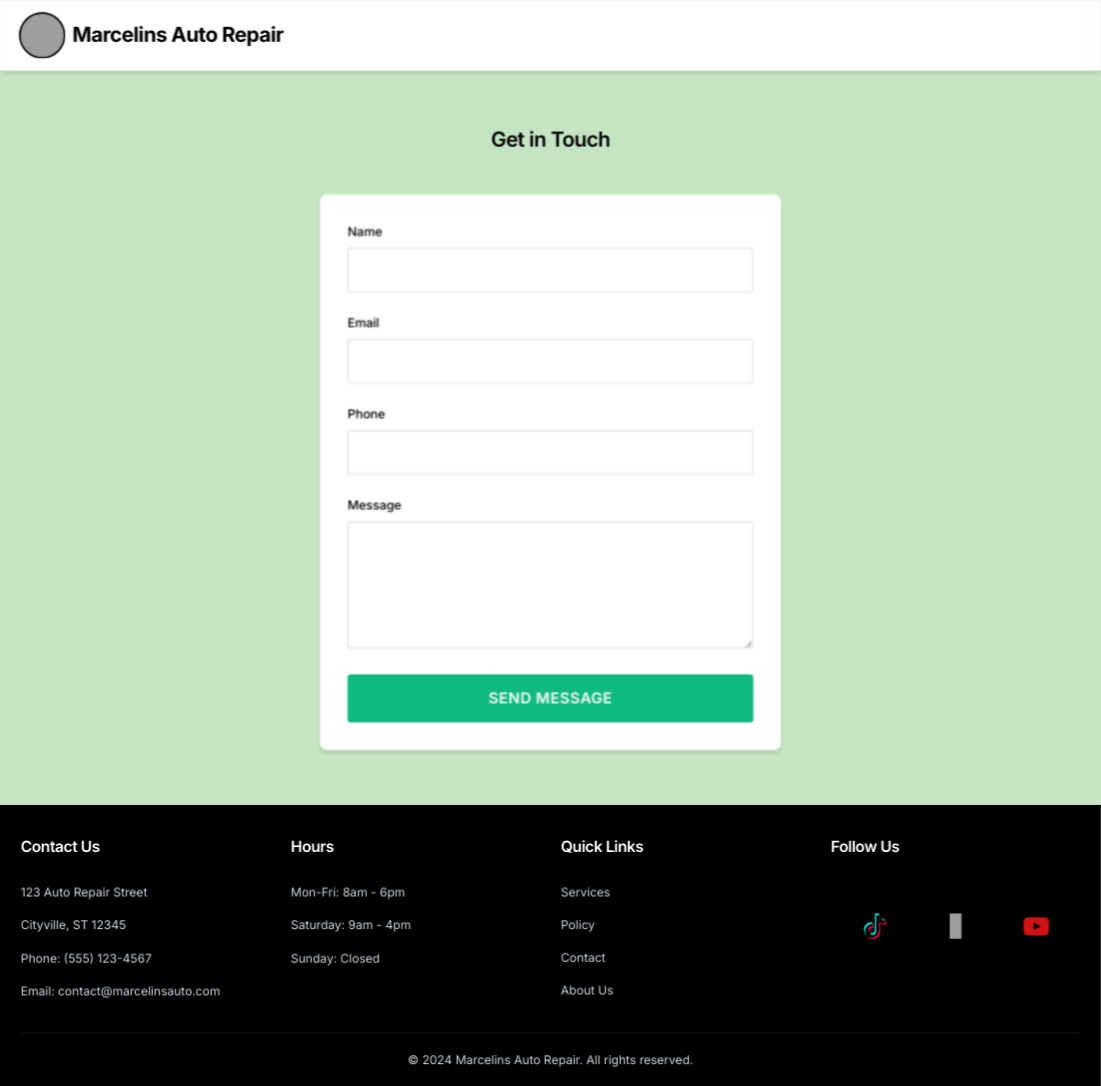
Repository: ilovegames507/twebsite-2
Page: frontend/public/contact.html
An editor plug-in stored every save of this project. The page is shown before and after the next save, followed by the edit.
The browser window is 1280 px wide. The pictures show the whole page, at 86% of full size.
Pictures or frames that could not be fetched are drawn as grey boxes.

Above is the page before, as saved 2025-03-18 22:01:42.

After the next save:
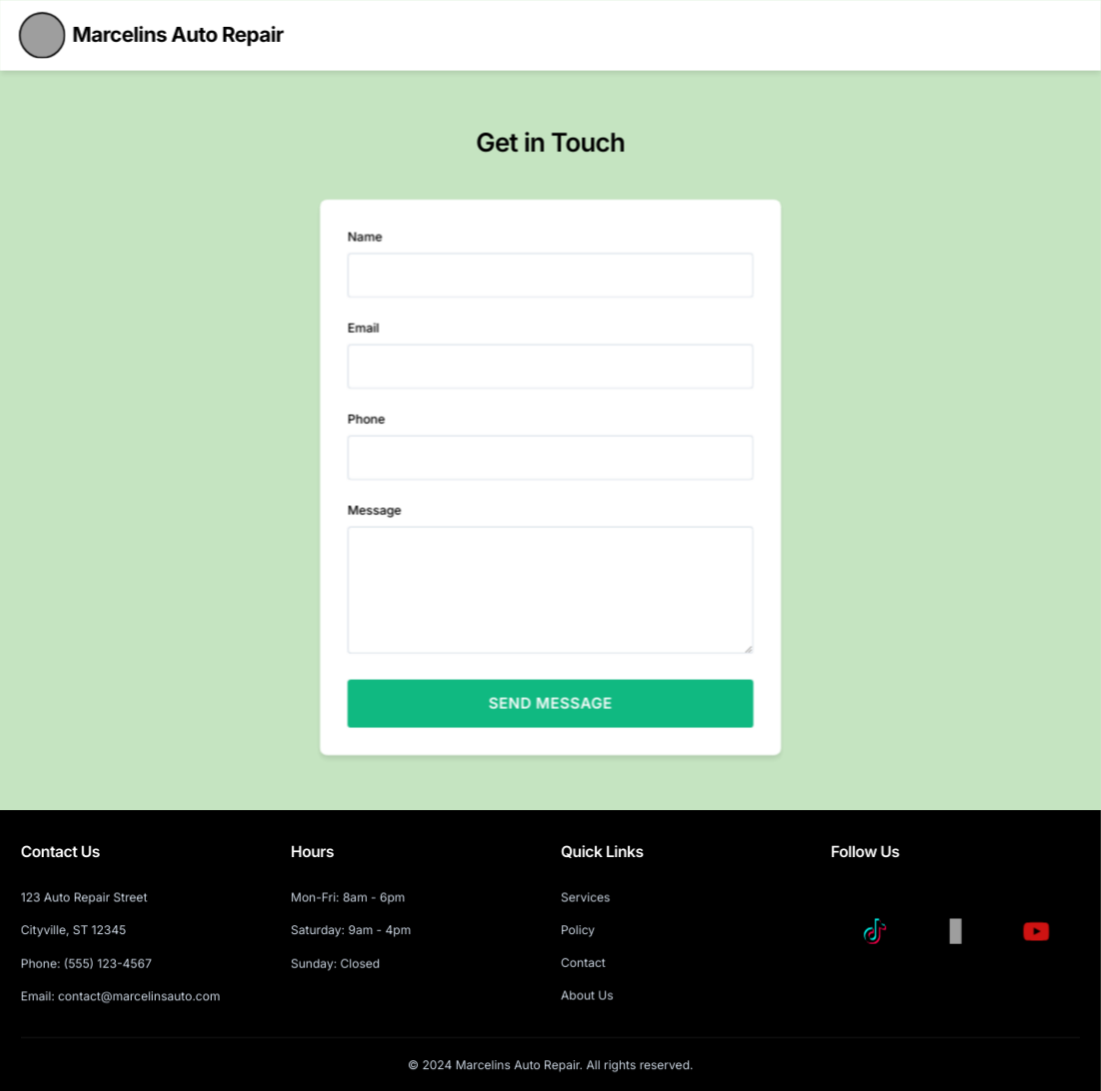
Saved 23 s later.
--- a/frontend/public/styles/components/contact.css
+++ b/frontend/public/styles/components/contact.css
@@ -98,7 +98,7 @@
     }
 
     .contact-title {
-      font-size: var(--size-2xl);
+      font-size: var(--size-3xl);
       margin-bottom: 3rem;
     }
 
